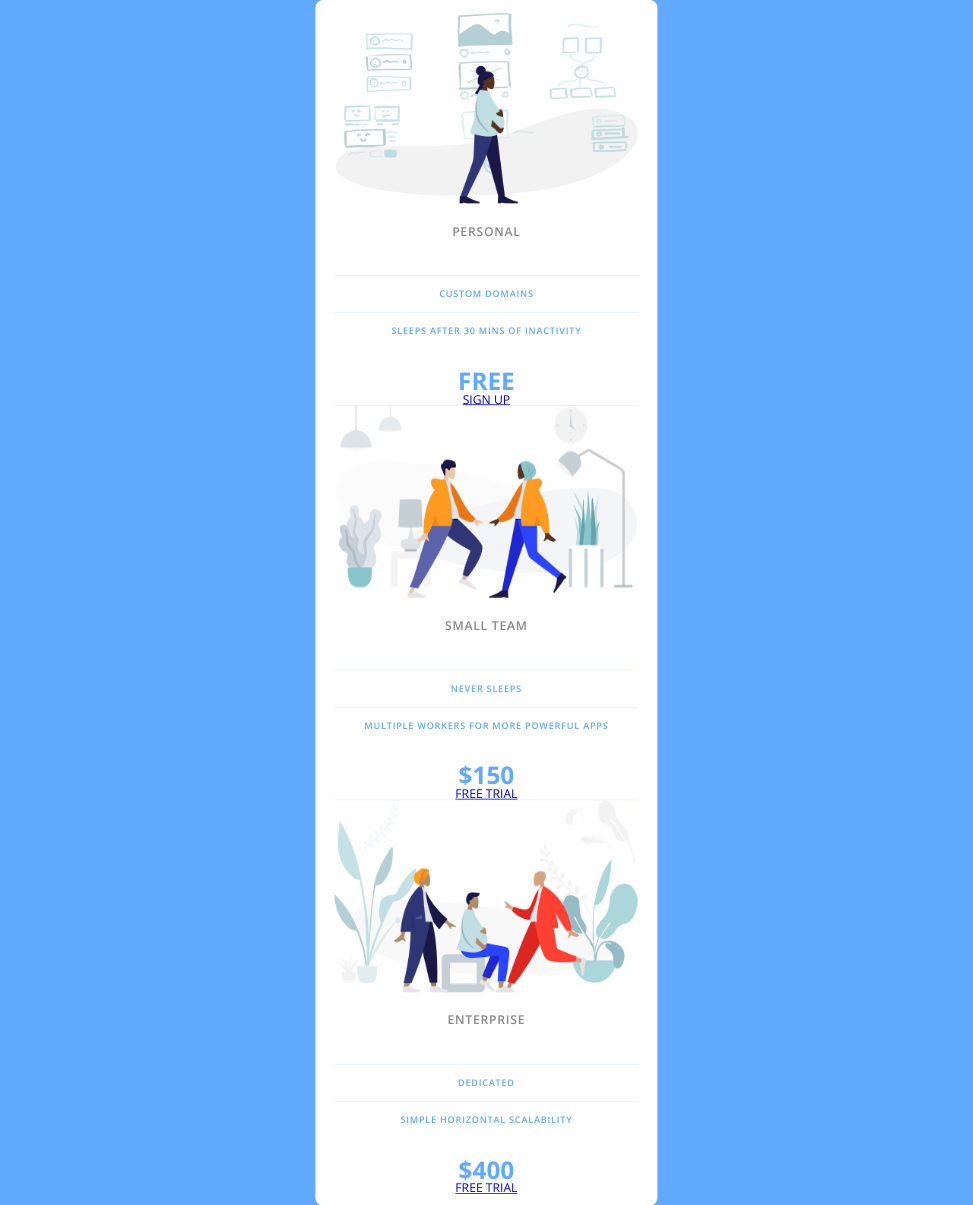
Repository: fatehailey/Pricing-Panel
Page: index.html
The author's editor kept a copy of each file at every save. The page is drawn from the files as they stood at one save, then again after the next save.
The browser window is 1280 px wide. The pictures show the whole page, at 76% of full size.

Above is the page before, as saved 2022-09-16 12:44:08.

### index.html
<!DOCTYPE html>
<html lang="en">

<head>
    <meta charset="UTF-8">
    <meta name="viewport" content="width=device-width, initial-scale=1.0">
    <title>Price Tiers</title>
    <link rel="stylesheet" href="https://fonts.googleapis.com/css?family=Open+Sans:400,600,700">
    <link rel="stylesheet" href="app.css">
</head>

<body>
    <div class="panel pricing-table">

        <div class="pricing-plan">
            <img src="icons/icon1.png" alt="" class="pricing-img">
            <h2 class="pricing-header">Personal</h2>
            <ul class="pricing-features">
                <li class="pricing-features-item">Custom domains</li>
                <li class="pricing-features-item">Sleeps after 30 mins of inactivity</li>
            </ul>
            <span class="pricing-price">Free</span>
            <a href="#/" class="pricing-button">Sign up</a>
        </div>

        <div class="pricing-plan">
            <img src="icons/icon2.png" alt="" class="pricing-img">
            <h2 class="pricing-header">Small team</h2>
            <ul class="pricing-features">
                <li class="pricing-features-item">Never sleeps</li>
                <li class="pricing-features-item">Multiple workers for more powerful apps</li>
            </ul>
            <span class="pricing-price">$150</span>
            <a href="#/" class="pricing-button is-featured">Free trial</a>
        </div>

        <div class="pricing-plan">
            <img src="icons/icon3.png" alt="" class="pricing-img">
            <h2 class="pricing-header">Enterprise</h2>
            <ul class="pricing-features">
                <li class="pricing-features-item">Dedicated</li>
                <li class="pricing-features-item">Simple horizontal scalability</li>
            </ul>
            <span class="pricing-price">$400</span>
            <a href="#/" class="pricing-button">Free trial</a>
        </div>

    </div>

</body>

</html>

### app.css
/* http://meyerweb.com/eric/tools/css/reset/
   v2.0 | 20110126
   License: none (public domain)
*/

html, body, div, span, applet, object, iframe,
h1, h2, h3, h4, h5, h6, p, blockquote, pre,
a, abbr, acronym, address, big, cite, code,
del, dfn, em, img, ins, kbd, q, s, samp,
small, strike, strong, sub, sup, tt, var,
b, u, i, center,
dl, dt, dd, ol, ul, li,
fieldset, form, label, legend,
table, caption, tbody, tfoot, thead, tr, th, td,
article, aside, canvas, details, embed,
figure, figcaption, footer, header, hgroup,
menu, nav, output, ruby, section, summary,
time, mark, audio, video {
	margin: 0;
	padding: 0;
	border: 0;
	font-size: 100%;
	font: inherit;
	vertical-align: baseline;
}
/* HTML5 display-role reset for older browsers */
article, aside, details, figcaption, figure,
footer, header, hgroup, menu, nav, section {
	display: block;
}
body {
	line-height: 1;
}
ol, ul {
	list-style: none;
}
blockquote, q {
	quotes: none;
}
blockquote:before, blockquote:after,
q:before, q:after {
	content: '';
	content: none;
}
table {
	border-collapse: collapse;
	border-spacing: 0;
}


html {
    box-sizing: border-box;
    font-family: 'Open Sans', sans-serif;
}
body{
    background-color: #60a9ff;
    display: flex;
    justify-content: center;
    align-items: center;
    min-height: 100vh;
}

.panel{
    background-color: white;
    border-radius: 10px;
    padding: 15px 25px;
    max-width: 960px;
    display: flex;
    flex-direction: column;
    text-align: center;
    text-transform: uppercase;
}

.pricing-plan:not(:last-child) {
    border-bottom: 1px solid #e1f1ff;
  }

.pricing-img {
    margin-bottom: 25px;
    width: 100%;
}

.pricing-header{
    color: #888;
    font-weight: 600;
    letter-spacing: 1px;
}

.pricing-features{
    margin: 50px 0 25px;
    color: #60a9ff;
}

.pricing-features-item{
    font-weight: 600;
    letter-spacing: 1px;
    font-size: 12px;
    line-height: 1.5;
    padding: 15px 0;
    border-top: 1px solid #e1f1ff;
}

.pricing-features:last-child{
    border-bottom: 1px solid #e1f1ff;
}
.pricing-price{
    color: #60a9ff;
    display: block;
    font-size: 32px;
    font-weight: 700;
}

.pricing-button {
    border: 1;
}

After the next save:
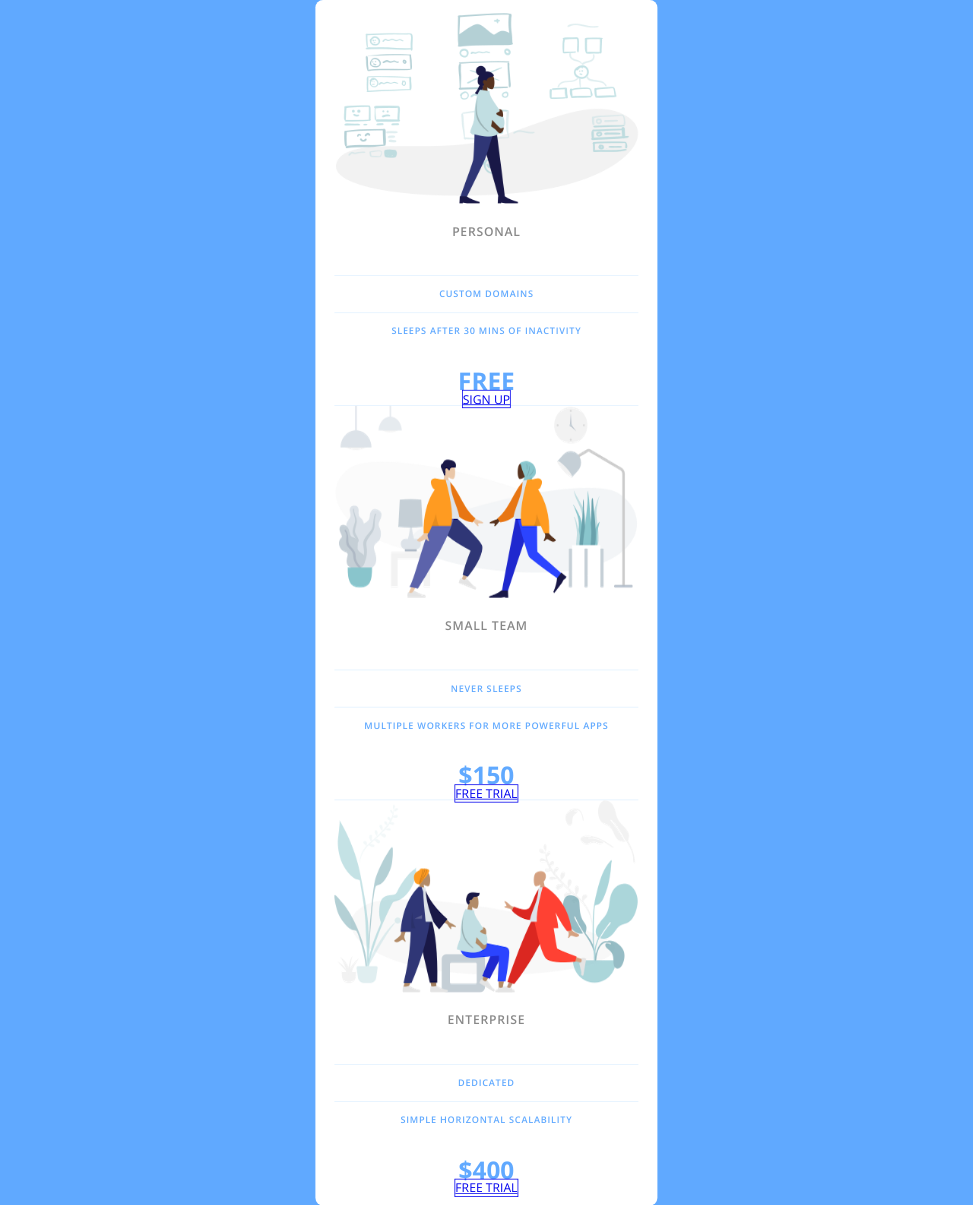
Saved 4 s later.
--- a/app.css
+++ b/app.css
@@ -111,5 +111,5 @@
 }
 
 .pricing-button {
-    border: 1;
+    border: 1px solid ;
 }
